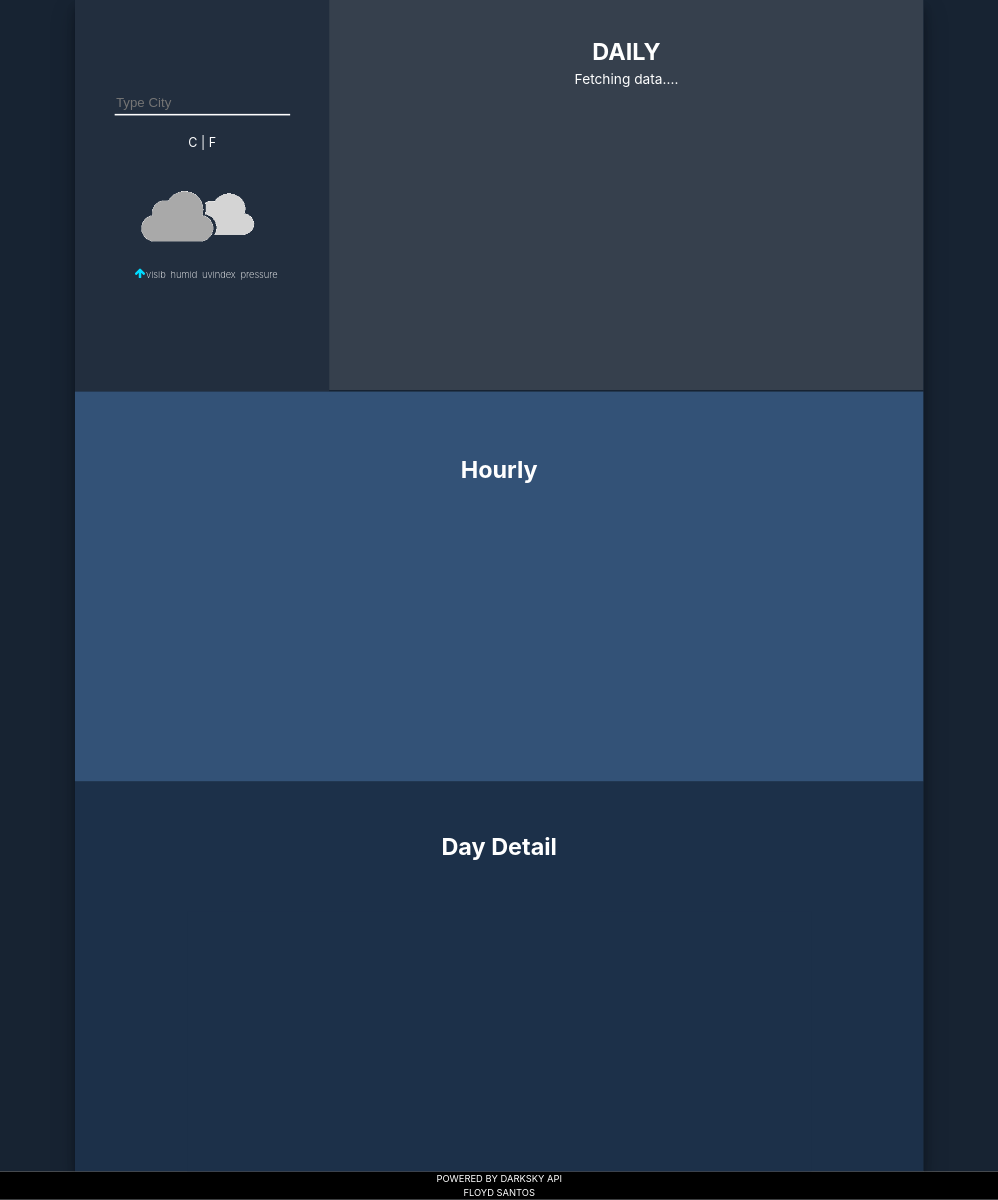
Repository: DOODpls/assignment3_weather
Page: index.html
The author's editor kept a copy of each file at every save. The page is drawn from the files as they stood at one save, then again after the next save.
The browser window is 1280 px wide. The pictures show the whole page, at 78% of full size.
Some web fonts or font styles are not loaded; a fallback is used. Some web libraries are served in a nearby version.

Above is the page before, as saved 2020-01-11 23:53:11.

After the next save:
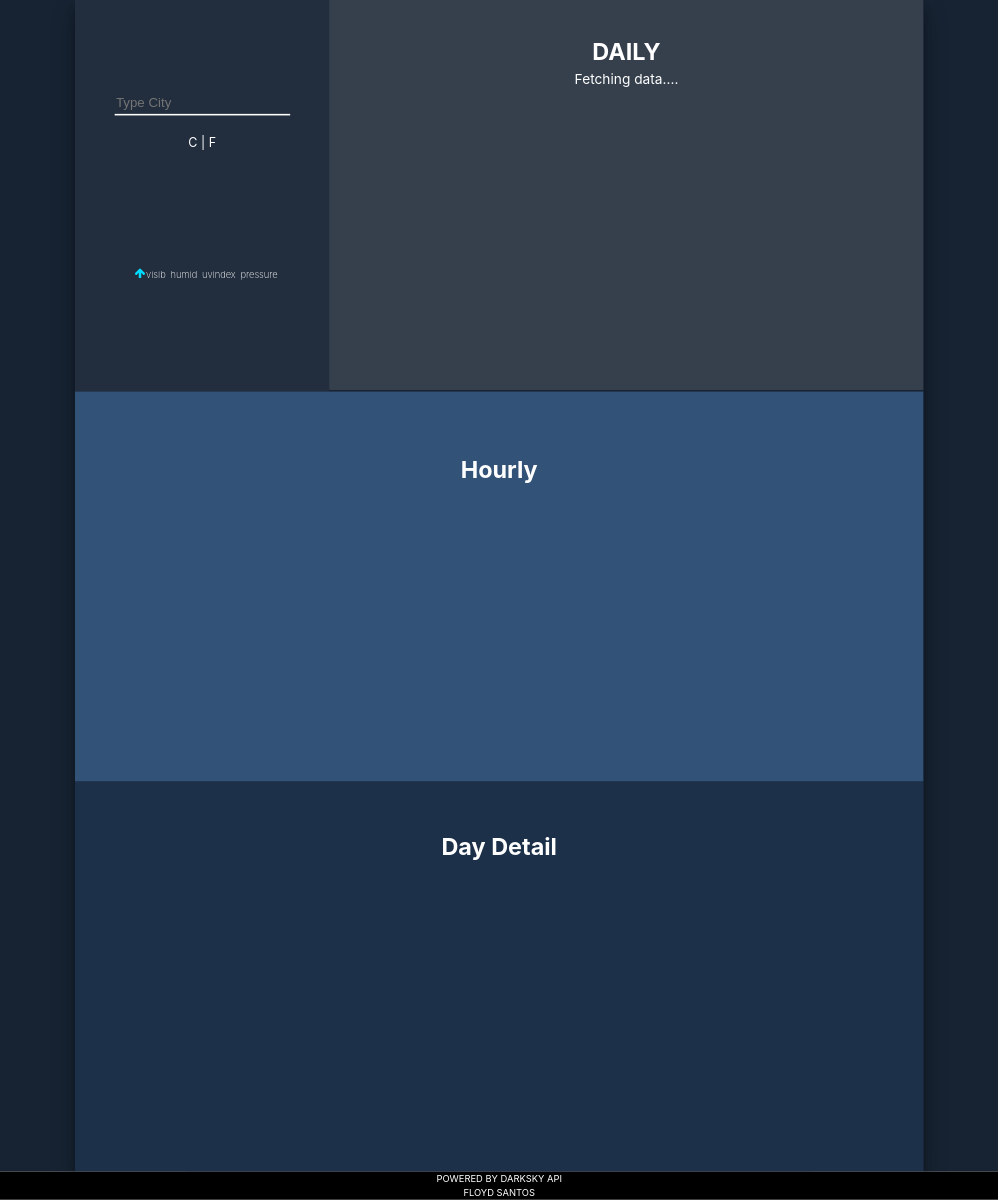
Console error: SyntaxError: Unexpected identifier 'getting'
Saved 41 s later.
--- a/app.js
+++ b/app.js
@@ -342,9 +342,9 @@
     $('.city-text').removeClass('city-text-appear');
   }
 });
-// window.addEventListener('load', function () {
-//   var datee = document.getElementsByClassName('date-now')
-//   console.log(datee)
-//   console.log(datee.length)
-//   console.log(datee[0])               getting value of html tag via htmlcollection.. but it doenst work
-// });
+window.addEventListener('load', function () {
+  var datee = document.getElementsByClassName('week-day-container-now')
+  console.log(datee)
+  console.log(datee.length)
+  console.log(datee[0])               getting value of html tag via htmlcollection.. but it doenst work
+});

After the save that followed:
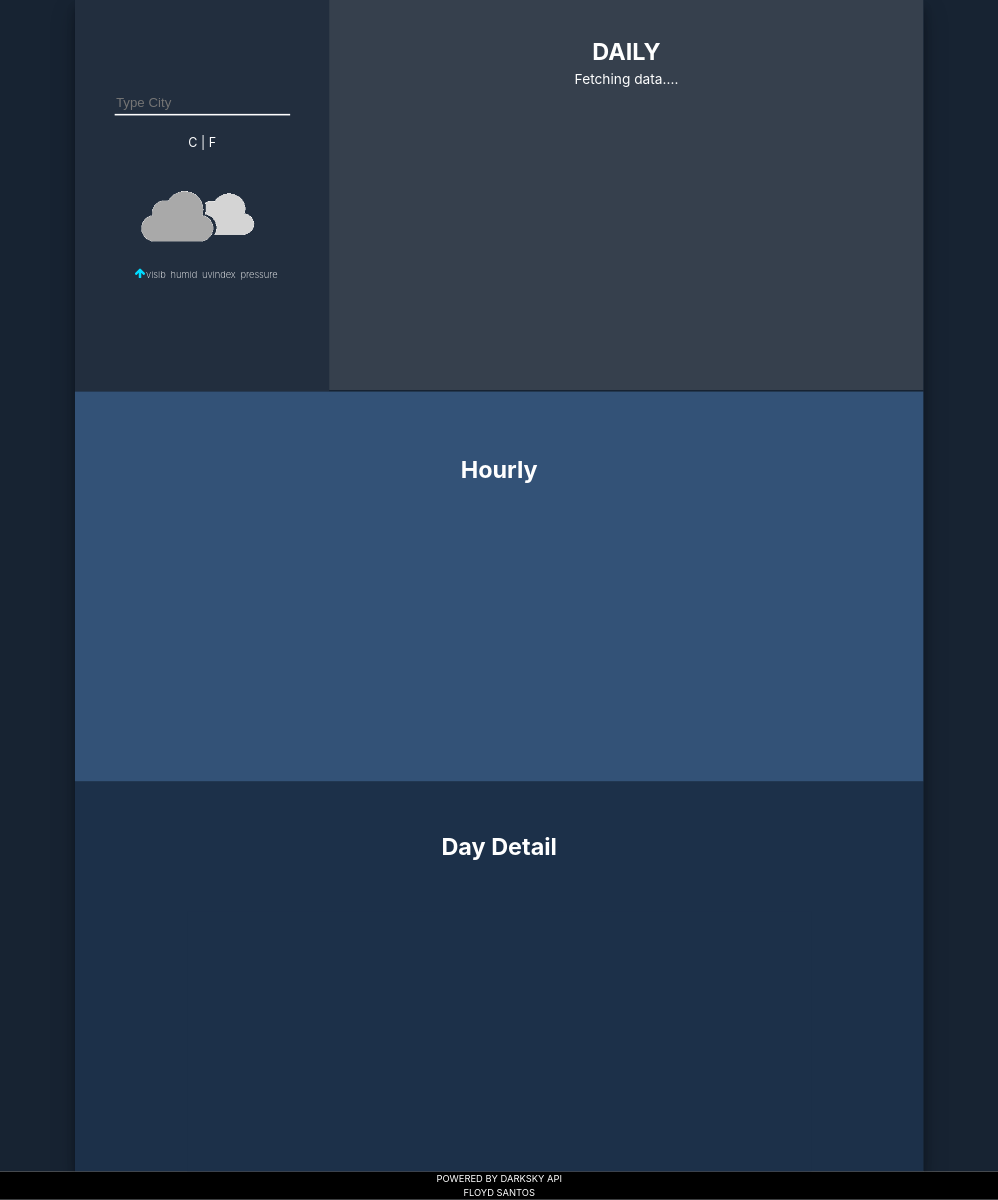
The error is gone.
Saved 15 s later.
--- a/app.js
+++ b/app.js
@@ -346,5 +346,5 @@
   var datee = document.getElementsByClassName('week-day-container-now')
   console.log(datee)
   console.log(datee.length)
-  console.log(datee[0])               getting value of html tag via htmlcollection.. but it doenst work
+  // console.log(datee[0])               getting value of html tag via htmlcollection.. but it doenst work
 });
